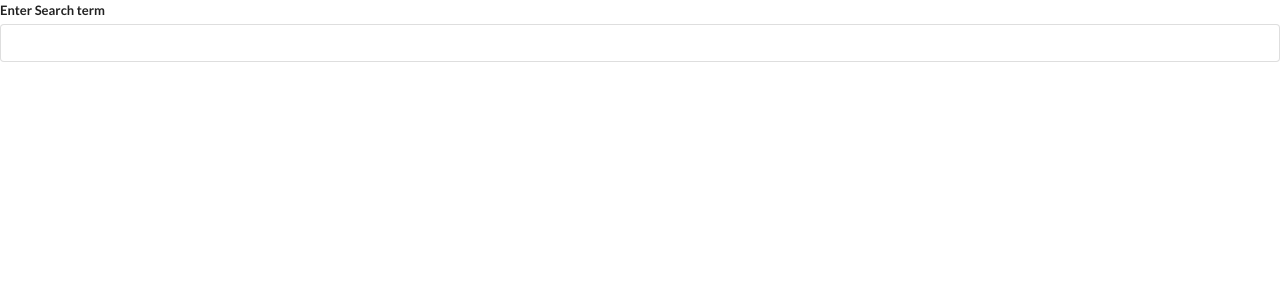
Repository: striver-69/Widjets-App
Page: /
These files come from the project's save history. The page is drawn as it stood at one moment and after the next save; the edit follows.
The browser window is 1280 px wide. The pictures show the whole page.
The page's requests for data from a server got no answer. The project was rebuilt for these pictures with package versions that can differ from the ones it lists, and the page was loaded fresh each time. No one was signed in, and anything a server would have sent is missing. Also part of the build but not shown: src/components/Accordion.js.

Above is the page before, as saved 2021-03-04 03:46:52.

After the next save:
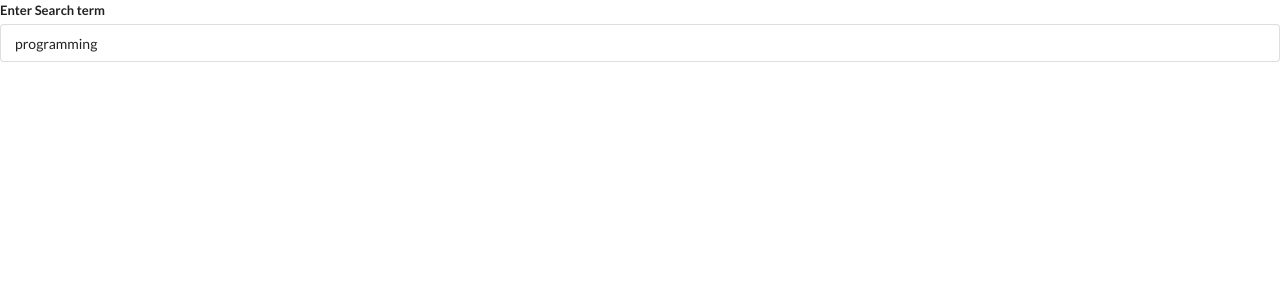
Saved 81 s later.
--- a/src/components/Search.js
+++ b/src/components/Search.js
@@ -2,7 +2,7 @@ import React,{useState,useEffect} from 'react'
 import axios from 'axios'
 
 export default function Search() {
-  const [term,setTerm]=useState('')
+  const [term,setTerm]=useState('programming')
   const [results,setResults]=useState([])
 
   console.log(results)
